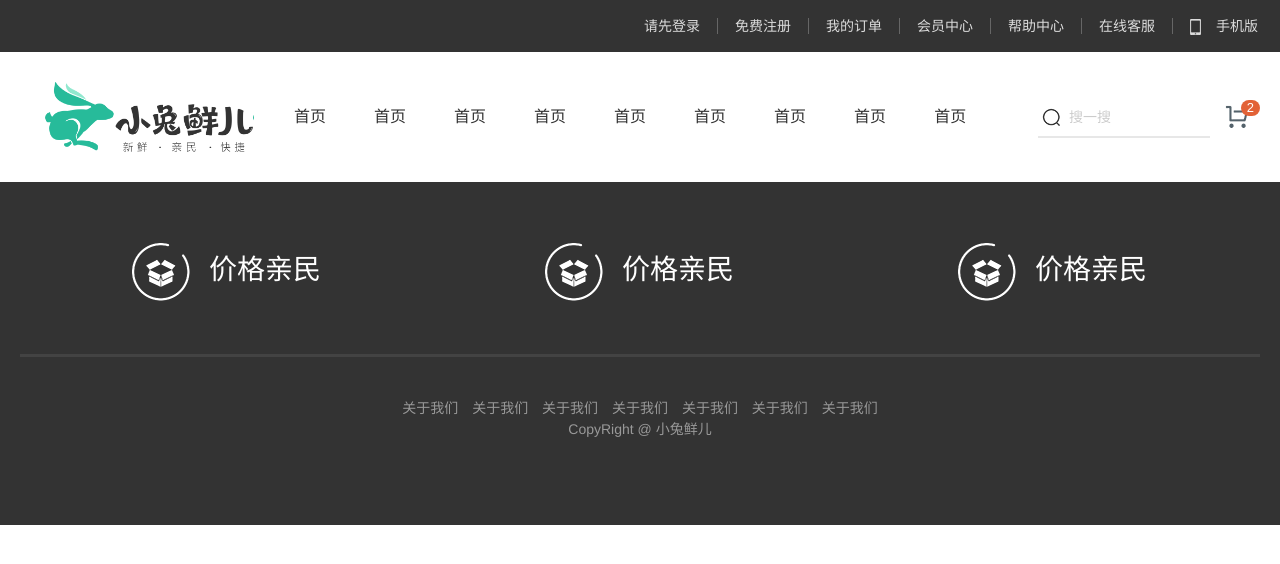
Repository: DengBiHua/xtx_pc_client
Page: index.html
An editor plug-in stored every save of this project. The page is shown before and after the next save, followed by the edit.
The browser window is 1280 px wide. The pictures show the whole page.

Above is the page before, as saved 2022-04-16 15:57:51.

### index.html
<!DOCTYPE html>
<html lang="zh-CN">
<head>
    <meta charset="UTF-8">
    <meta http-equiv="X-UA-Compatible" content="IE=edge">
    <meta name="viewport" content="width=device-width, initial-scale=1.0">
    <title>小兔鲜儿-新鲜、惠民、快捷！</title>
    <meta name="description" content="小兔鲜儿官网，致力于打造全球最大的食品、生鲜电商购物平台。">
    <meta name="keywords" content="小兔鲜儿,食品,生鲜,服装,家电,电商,购物">
    <link rel="shortcut icon" href="favicon.ico" type="image/x-icon">
    <link rel="stylesheet" href="./css/base.css">
    <link rel="stylesheet" href="./css/common.css">
    <link rel="stylesheet" href="./css/index.css">
</head>
<body>
    <div class="header">
        <div class="wrapper">
            <ul>
                <li><a href="#">请先登录</a></li>
                <li><a href="#">免费注册</a></li>
                <li><a href="#">我的订单</a></li>
                <li><a href="#">会员中心</a></li>
                <li><a href="#">帮助中心</a></li>
                <li><a href="#">在线客服</a></li>
                <li><a href="#"><span></span>手机版</a></li>
            </ul>
        </div>
    </div>
    <div class="nav wrapper">
        <div class="logo">
            <h1><a href="#">小兔鲜儿</a></h1>
        </div>
        <div class="menu">
            <ul>
                <li><a href="#">首页</a></li>
                <li><a href="#">首页</a></li>
                <li><a href="#">首页</a></li>
                <li><a href="#">首页</a></li>
                <li><a href="#">首页</a></li>
                <li><a href="#">首页</a></li>
                <li><a href="#">首页</a></li>
                <li><a href="#">首页</a></li>
                <li><a href="#">首页</a></li>
            </ul>
        </div>
        <div class="buyCar">
            <a href="#"><span>2</span></a>
        </div>
        <div class="search">
            <span></span>
            <input type="text" placeholder="搜一搜">
        </div>
    </div>
    <div class="footer">
        <div class="top wrapper">
            <ul>
                <li><span></span>价格亲民</li>
                <li><span></span>价格亲民</li>
                <li><span></span>价格亲民</li>
            </ul>
        </div>
        <div class="bottom wrapper">
            <p>
                <a href="#">关于我们</a>
                <a href="#">关于我们</a>
                <a href="#">关于我们</a>
                <a href="#">关于我们</a>
                <a href="#">关于我们</a>
                <a href="#">关于我们</a>
                <a href="#">关于我们</a>
            </p>
            <p>CopyRight @ 小兔鲜儿</p>
        </div>
    </div>
</body>
</html>

### css/base.css
/* 清除默认样式的代码 */
/* 去除常见标签默认的 margin 和 padding */
body,
h1,
h2,
h3,
h4,
h5,
h6,
p,
ul,
ol,
li,
dl,
dt,
dd,
input {
  margin: 0;
  padding: 0;
}

/* 內减模式 */
* {
  box-sizing: border-box;
}

/* 设置网页统一的字体大小、行高、字体系列相关属性 */
body {
  font: 16px/1.5 "Helvetica Neue", Helvetica, Arial, "Microsoft Yahei",
    "Hiragino Sans GB", "Heiti SC", "WenQuanYi Micro Hei", sans-serif;
  color: #333;
}

/* 去除列表默认样式 */
ul,
ol {
  list-style: none;
}

/* 去除默认的倾斜效果 */
em,
i {
  font-style: normal;
}

/* 去除a标签默认下划线，并设置默认文字颜色 */
a {
  text-decoration: none;
  color: #333;
}

/* 设置img的垂直对齐方式为居中对齐，去除img默认下间隙 */
img {
  vertical-align: middle;
}

/* 去除input默认样式 */
input {
  border: none;
  outline: none;
  color: #333;
}

/* 左浮动 */
.fl {
  float: left;
}

/* 右浮动 */
.fr {
  float: right;
}

/* 双伪元素清除法 */
.clearfix::before,
.clearfix::after {
  content: "";
  display: table;
}
.clearfix::after {
  clear: both;
}

### css/common.css
.wrapper {
    width: 1240px;
    margin: 0 auto;
}

.header {
    height: 52px;
    background-color: #333333;
}

.header .wrapper {
    height: 52px;
    line-height: 52px;
}

.header .wrapper ul {
    float: right;
}

.header .wrapper li {
    float: left;
}

.header .wrapper li a {
    padding: 0 17px;
    border-right: 1px solid #666666;
    font-size: 14px;
    color: #dcdcdc;
}

.header .wrapper li a span {
    display: inline-block;
    margin-right: 15px;
    width: 11px;
    height: 16px;
    background-image: url(../images/sprites.png);
    background-position: -160px -70px;
    vertical-align: middle;
}

.header .wrapper li:last-child a {
    border: none;
    padding-right: 2px;
}

.nav {
    margin: 30px auto;
    height: 70px;
}

.logo h1 a {
    float: left;
    display: block;
    width: 209px;
    height: 70px;
    margin: 0 16px 0 25px;
    background-image: url(../images/logo.png);
    background-size: contain;
    font-size: 0;
}

.menu {
    float: left;
}

.menu li {
    float: left;
    padding: 0 24px;
    height: 70px;
    line-height: 70px;
}

.menu li a {
    padding-bottom: 7px;
}

.menu li a:hover {
    color: #27ba9b;
    border-bottom: 1px solid #27ba9b;
}

.buyCar {
    float: right;
    margin-top: 23px;
    margin-left: 15px;
    margin-right: 12px;
}

.buyCar a {
    display: inline-block;
    position: relative;
    width: 23px;
    height: 23px;
    background-image: url(../images/sprites.png);
    background-position: -119px -69px;
}

.buyCar span {
    position: absolute;
    top: -5px;
    right: -12px;
    height: 16px;
    padding: 0 6px;
    background-color: #e26237;
    border-radius: 8px;
    line-height: 16px;
    font-size: 13px;
    color: #ffffff;
}

.search {
    float: right;
    position: relative;
    margin-top: 16px;
    border-bottom: 2px solid #e7e7e7;
}

.search input {
    padding-left: 31px;
    width: 172px;
    height: 38px;
    font-size: 14px;
}

.search input::placeholder {
    font-size: 14px;
    color: #cccccc;
}

.search span {
    position: absolute;
    left: 2px;
    top: 50%;
    transform: translate(0, -50%);
    width: 18px;
    height: 18px;
    margin-left: 2px;
    background-image: url(../images/sprites.png);
    background-position: -79px -69px;
}

.footer {
    height: 343px;
    background-color: #333;
}

.footer .top {
    height: 175px;
    border-bottom: 3px solid #434343;
}

.footer .top li {
    float: left;
    margin: auto 0;
    font-size: 28px;
    color: #ffffff;
    width: 413px;
    height: 175px;
    line-height: 175px;
    text-align: center;
}

.footer .top span {
    display: inline-block;
    width: 58px;
    height: 58px;
    margin-right: 19px;
    background-image: url(../images/sprites.png);
    background-position: 0 0;
    vertical-align: middle;
}

.footer .bottom {
    height: 48px;
    margin-top: 41px;
    text-align: center;
}

.footer .bottom a {
    padding: 0 5px;
    font-size: 14px;
    color: #999999;
    border-right: 1px solid ##999999;
}

.footer .bottom p {
    font-size: 14px;
    color: #999999;
}

Loaded but not shown: css/index.css (no stored copy; drawn as an empty file)

After the next save:
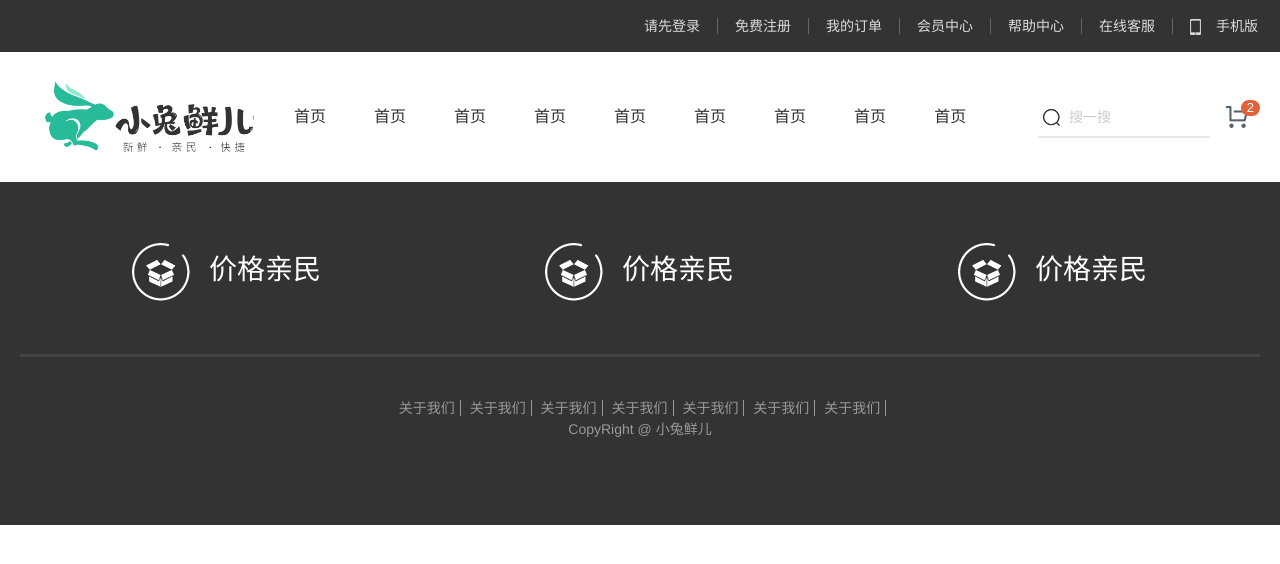
Saved 6 s later.
--- a/css/common.css
+++ b/css/common.css
@@ -180,7 +180,7 @@
     padding: 0 5px;
     font-size: 14px;
     color: #999999;
-    border-right: 1px solid ##999999;
+    border-right: 1px solid #999999;
 }
 
 .footer .bottom p {
